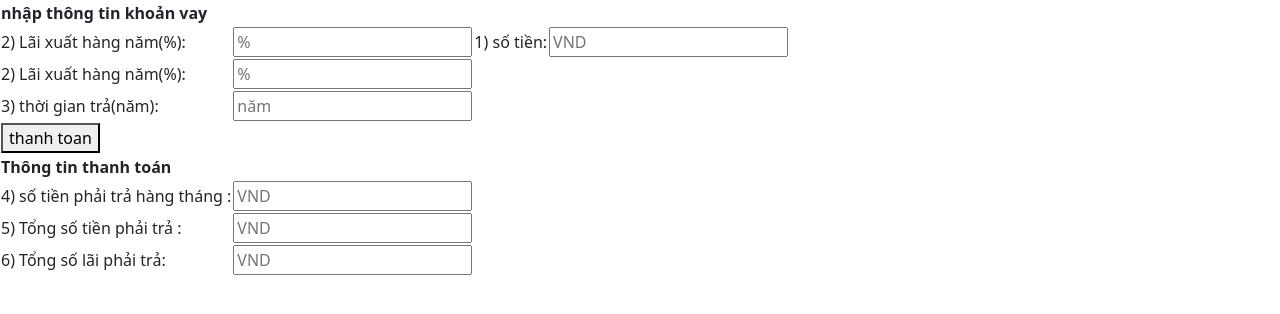
Repository: Lehuyhuynh/DOM
Page: BT2/index.html
The author's editor kept a copy of each file at every save. The page is drawn from the files as they stood at one save, then again after the next save.
The browser window is 1280 px wide. The pictures show the whole page.

Above is the page before, as saved 2023-09-07 21:04:36.

### BT2/index.html
<!DOCTYPE html>
<html lang="en">
<head>
    <meta charset="UTF-8">
    <meta name="viewport" content="width=device-width, initial-scale=1.0">
    <title>BT2</title>
    <link rel="stylesheet" href="style.css">
    <link href="https://cdn.jsdelivr.net/npm/bootstrap@5.1.3/dist/css/bootstrap.min.css" rel="stylesheet" integrity="sha384-1BmE4kWBq78iYhFldvKuhfTAU6auU8tT94WrHftjDbrCEXSU1oBoqyl2QvZ6jIW3" crossorigin="anonymous">
</head>
<body>

  <form id="form">
    <table>
      <tr>
        <th>nhập thông tin khoản vay</th>
        <th colspan="1"></th>
      </tr>
      <tr>
        <td><label for="years">2) Lãi xuất hàng năm(%):</label></td>
        <td><input type="text" id="years" name="years" placeholder="%"></td>
        <td> <label for="money">1) số tiền:</label></td>
        <td><input type="text" id="money" name="money" placeholder="VND"></td>
      </tr>
      <tr>
        <td><label for="years">2) Lãi xuất hàng năm(%):</label></td>
        <td><input type="text" id="years" name="years" placeholder="%"></td>
      </tr>
      <tr>
        <td><label  for="time">3) thời gian trả(năm):</label></td>
        <td><input type="text" id="time" name="money" placeholder="năm"></td>
      </tr>

      <tr>
        <td><button type="submit"> thanh toan </button></td>
      </tr>

      <tr>
        <th>Thông tin thanh toán</th>
        <th colspan="1"></th>
      </tr>
      <tr>
        <td>
          <label for="Monthly">4) số tiền phải trả hàng tháng :</label>
        </td>
        <td><input type="text" id="Monthly" name="Monthly" placeholder="VND" ></td>
      </tr>
      <tr>
        <td><label for="amount" >5) Tổng số tiền phải trả :</label></td>
        <td><input type="text" id="amount" name="amount" placeholder="VND"></td>
      </tr>
      <tr>
        <td><label for="totalProfit">6) Tổng số lãi phải trả:</label></td>
        <td><input type="text" id="totalProfit" name="totalProfit" placeholder="VND"></td>
      </tr>


    </table>
  </form>


    <script src="script.js"></script>
    <script src="https://cdn.jsdelivr.net/npm/bootstrap@5.1.3/dist/js/bootstrap.bundle.min.js" integrity="sha384-ka7Sk0Gln4gmtz2MlQnikT1wXgYsOg+OMhuP+IlRH9sENBO0LRn5q+8nbTov4+1p" crossorigin="anonymous"></script>
</body>

### BT2/script.js
const form = document.querySelector("#form");
form.addEventListener("submit", function(event) {

    event.preventDefault();


    const moneyInput = form.elements["money"];
    console.log(2, moneyInput)

    const yearsInput = form.elements["years"];
    console.log(2, yearsInput)

    const timeInput = form.elements["time"];
    console.log(2, timeInput)

    const money = moneyInput.value;
    console.log(3, money)

    const years = yearsInput.value;
    console.log(3, years)

    const time = timeInput.value;
    console.log(3, time)


});

Loaded but not shown: BT2/style.css (no stored copy; drawn as an empty file)

After the next save:
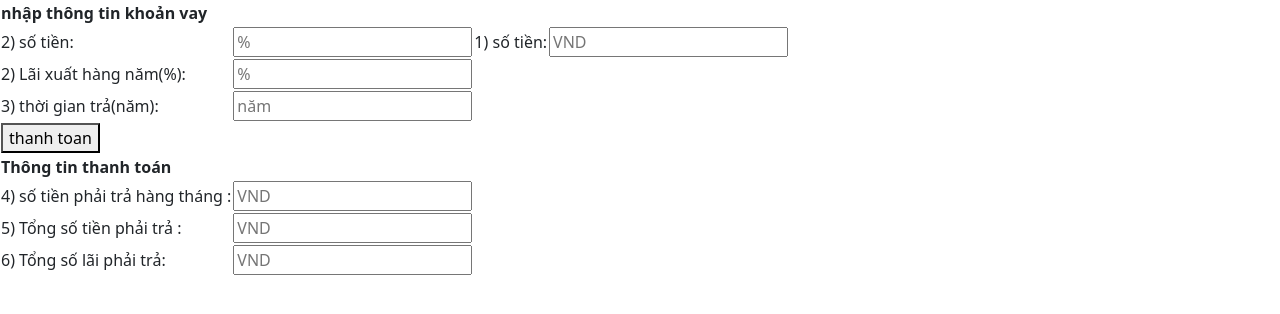
Saved 13 s later.
--- a/BT2/index.html
+++ b/BT2/index.html
@@ -16,7 +16,7 @@
         <th colspan="1"></th>
       </tr>
       <tr>
-        <td><label for="years">2) Lãi xuất hàng năm(%):</label></td>
+        <td><label for="years">2) số tiền:</label></td>
         <td><input type="text" id="years" name="years" placeholder="%"></td>
         <td> <label for="money">1) số tiền:</label></td>
         <td><input type="text" id="money" name="money" placeholder="VND"></td>
